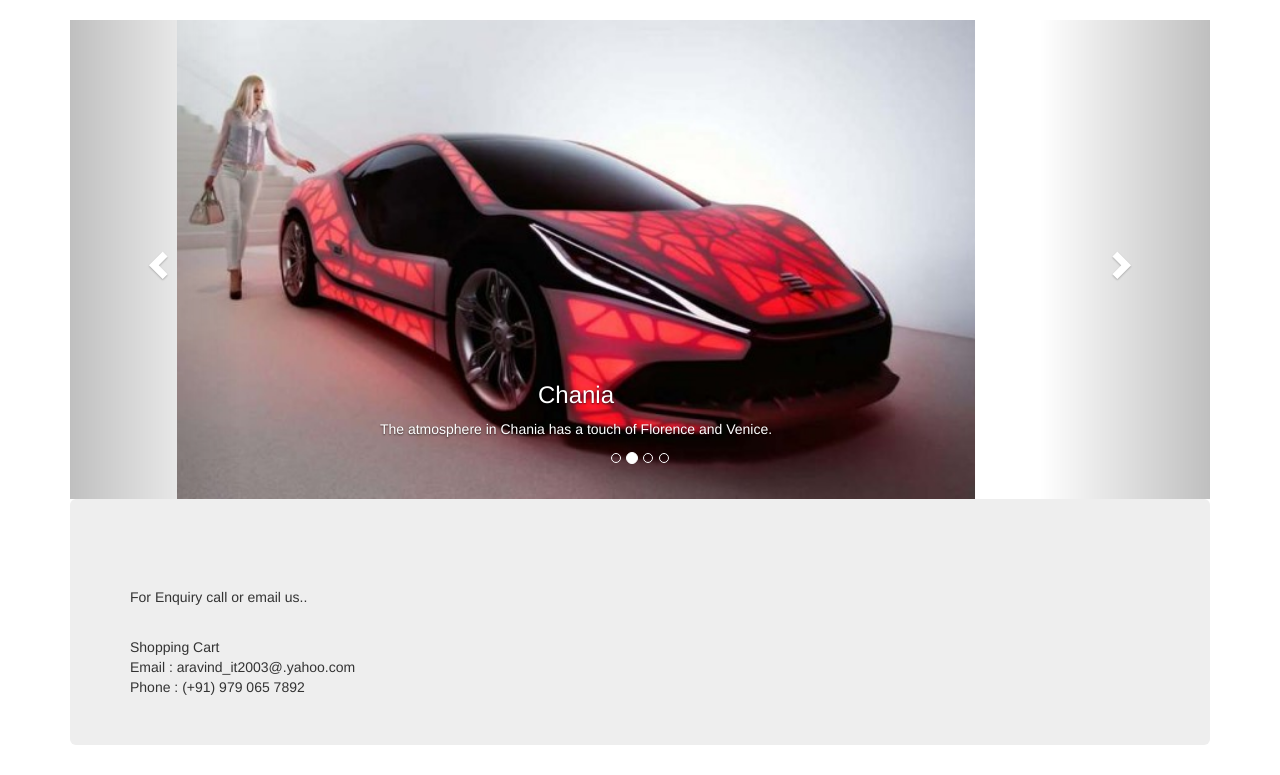
Repository: AravindMarshall/ShoppingCart
Page: http://localhost/Phineas/ContactUs.jsp
An editor plug-in stored every save of this project. The page is shown before and after the next save, followed by the edit.
The browser window is 1280 px wide. The pictures show the whole page.
The page is served by Tomcat 9. Other server files are loaded and not shown.

Above is the page before, as saved 2016-06-11 19:20:41.

### NIIT Shopping Cart/Phineas/WebContent/ContactUs.jsp
<%@ page language="java" contentType="text/html; charset=ISO-8859-1"
    pageEncoding="ISO-8859-1"%>

<!DOCTYPE html>
<html lang="en">
<head>
  <title>Contact Info</title>
  <meta charset="utf-8">
  <meta name="viewport" content="width=device-width, initial-scale=1">
  <link rel="stylesheet" href="http://maxcdn.bootstrapcdn.com/bootstrap/3.3.6/css/bootstrap.min.css">
  <script src="https://ajax.googleapis.com/ajax/libs/jquery/1.12.2/jquery.min.js"></script>
  <script src="http://maxcdn.bootstrapcdn.com/bootstrap/3.3.6/js/bootstrap.min.js"></script>
  <style>
  .carousel-inner > .item > img,
  .carousel-inner > .item > a > img {
      width: 70%;
      height: 70%;
      margin: auto;
  }
  </style>
</head>
<body>

<div class="container">
  <br>
  <div id="myCarousel" class="carousel slide" data-ride="carousel">
    <!-- Indicators -->
    <ol class="carousel-indicators">
      <li data-target="#myCarousel" data-slide-to="0" class="active"></li>
      <li data-target="#myCarousel" data-slide-to="1"></li>
      <li data-target="#myCarousel" data-slide-to="2"></li>
      <li data-target="#myCarousel" data-slide-to="3"></li>
    </ol>

    <!-- Wrapper for slides -->
    <div class="carousel-inner" role="listbox">

      <div class="item active">
        <img src="Car4.jpg" alt="Chania" width="460" height="345">
        <div class="carousel-caption">
          <h3>Chania</h3>
          <p>The atmosphere in Chania has a touch of Florence and Venice.</p>
        </div>
      </div>

      <div class="item">
        <img src="Car1.jpg" alt="Chania" width="460" height="345">
        <div class="carousel-caption">
          <h3>Chania</h3>
          <p>The atmosphere in Chania has a touch of Florence and Venice.</p>
        </div>
      </div>

      <div class="item">
        <img src="Car2.jpg" alt="Flower" width="460" height="345">
        <div class="carousel-caption">
          <h3>Flowers</h3>
          <p>Beatiful flowers in Kolymbari, Crete.</p>
        </div>
      </div>

      <div class="item">
        <img src="Car3.jpg" alt="Flower" width="460" height="345">
        <div class="carousel-caption">
          <h3>Flowers</h3>
          <p>Beatiful flowers in Kolymbari, Crete.</p>
        </div>
      </div>

    </div>

    <!-- Left and right controls -->
    <a class="left carousel-control" href="#myCarousel" role="button" data-slide="prev">
      <span class="glyphicon glyphicon-chevron-left" aria-hidden="true"></span>
      <span class="sr-only">Previous</span>
    </a>
    <a class="right carousel-control" href="#myCarousel" role="button" data-slide="next">
      <span class="glyphicon glyphicon-chevron-right" aria-hidden="true"></span>
      <span class="sr-only">Next</span>
    </a>
  </div>
<div class ="jumbotron">
<div class="page-header">For Enquiry call or email us..</div>

Shopping Cart<br>
Email : aravind_it2003@.yahoo.com<br>
Phone : (+91) 979 065 7892
</div>
</div>

</body>
</html>

After the next save:
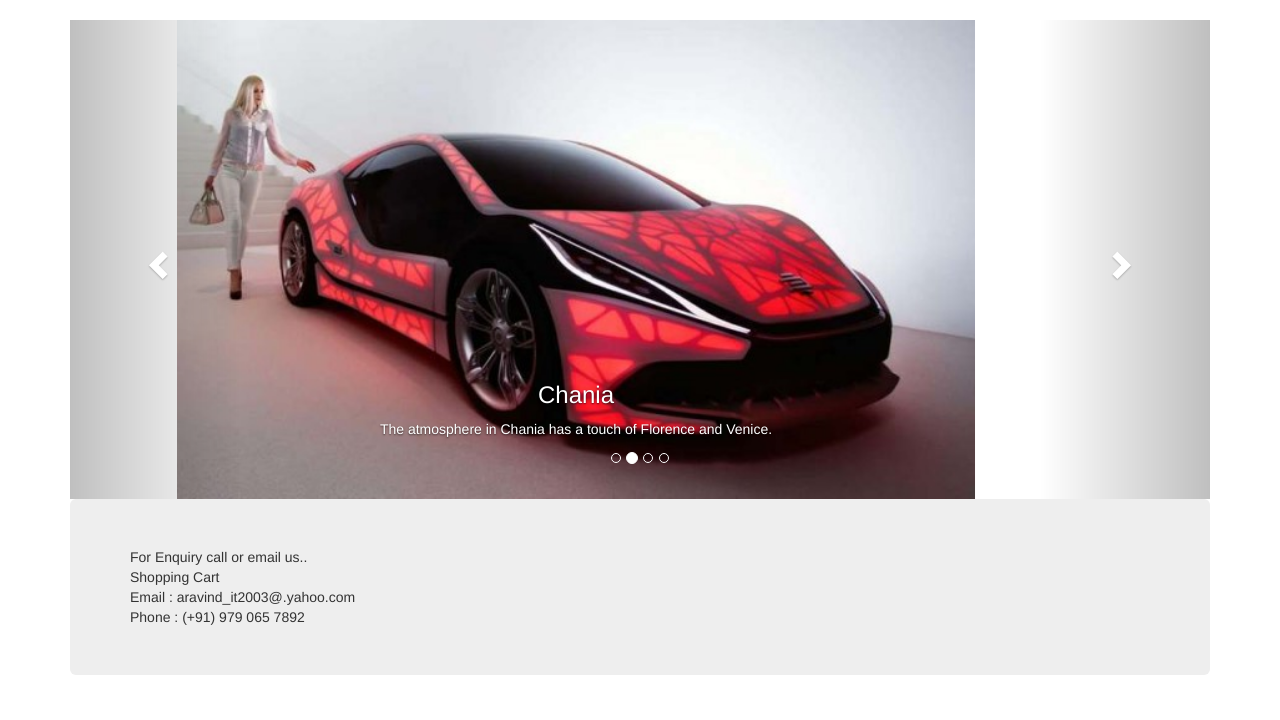
Saved 65 s later.
--- a/NIIT Shopping Cart/Phineas/WebContent/ContactUs.jsp
+++ b/NIIT Shopping Cart/Phineas/WebContent/ContactUs.jsp
@@ -80,8 +80,7 @@
     </a>
   </div>
 <div class ="jumbotron">
-<div class="page-header">For Enquiry call or email us..</div>
-
+For Enquiry call or email us..<br>
 Shopping Cart<br>
 Email : aravind_it2003@.yahoo.com<br>
 Phone : (+91) 979 065 7892
